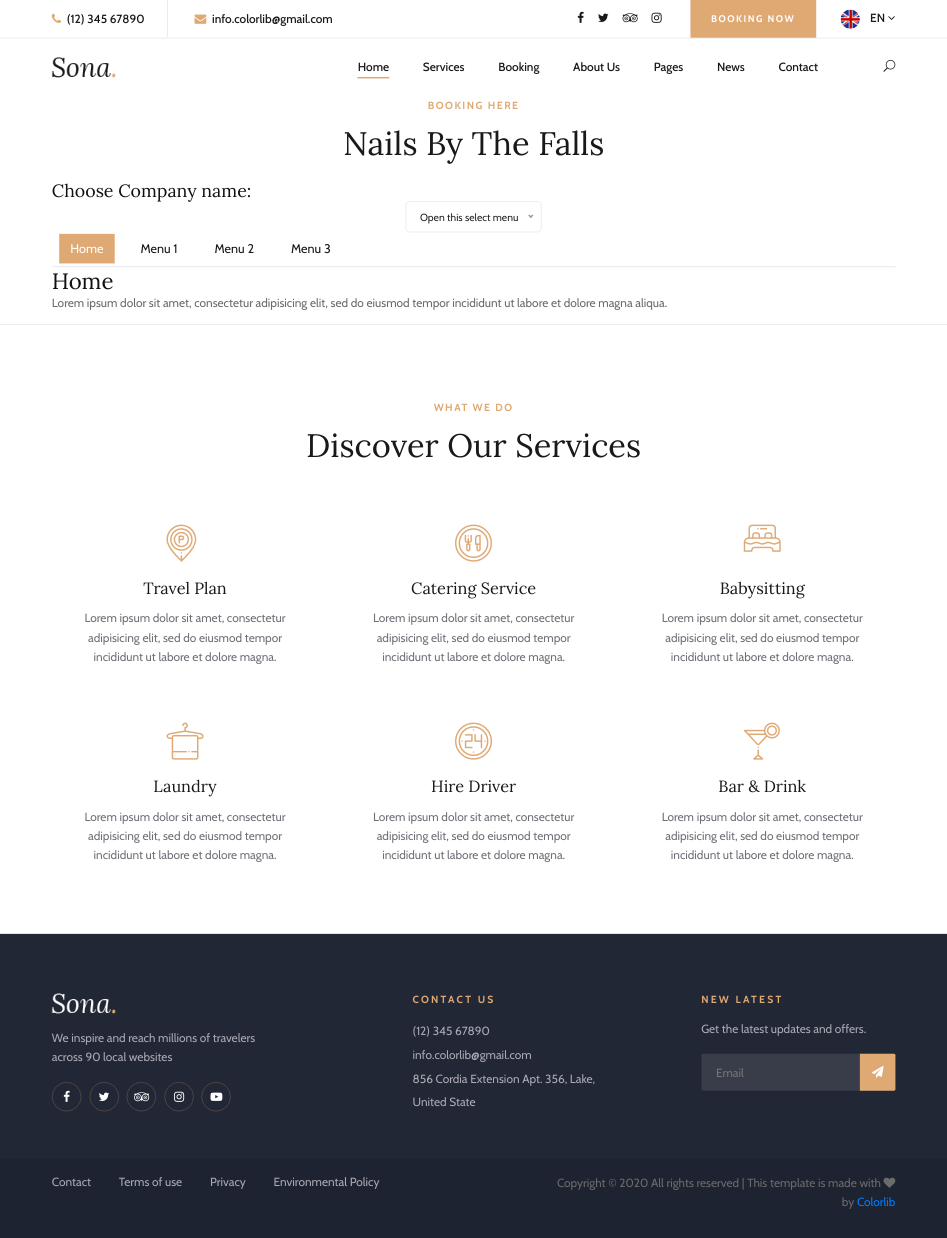
Repository: KeriBoss/Booking_Spa
Page: booking.html
An editor plug-in stored every save of this project. The page is shown before and after the next save, followed by the edit.
The browser window is 1280 px wide. The pictures show the whole page, at 74% of full size.

Above is the page before, as saved 2023-05-19 16:06:09.

### booking.html
<!DOCTYPE html>
<html lang="zxx">

<head>
    <meta charset="UTF-8" />
    <meta name="description" content="Sona Template" />
    <meta name="keywords" content="Sona, unica, creative, html" />
    <meta name="viewport" content="width=device-width, initial-scale=1.0" />
    <meta http-equiv="X-UA-Compatible" content="ie=edge" />
    <title>Nail | Template</title>

    <!-- Google Font -->
    <link href="https://fonts.googleapis.com/css?family=Lora:400,700&display=swap" rel="stylesheet" />
    <link href="https://fonts.googleapis.com/css?family=Cabin:400,500,600,700&display=swap" rel="stylesheet" />

    <!-- Css Styles -->
    <link rel="stylesheet" href="css/bootstrap.min.css" type="text/css" />
    <link rel="stylesheet" href="css/font-awesome.min.css" type="text/css" />
    <link rel="stylesheet" href="css/elegant-icons.css" type="text/css" />
    <link rel="stylesheet" href="css/flaticon.css" type="text/css" />
    <link rel="stylesheet" href="css/owl.carousel.min.css" type="text/css" />
    <link rel="stylesheet" href="css/nice-select.css" type="text/css" />
    <link rel="stylesheet" href="css/jquery-ui.min.css" type="text/css" />
    <link rel="stylesheet" href="css/magnific-popup.css" type="text/css" />
    <link rel="stylesheet" href="css/slicknav.min.css" type="text/css" />
    <link rel="stylesheet" href="css/style.css" type="text/css" />
</head>

<body>
    <!-- Page Preloder -->
    <div id="preloder">
        <div class="loader"></div>
    </div>

    <!-- Offcanvas Menu Section Begin -->
    <div class="offcanvas-menu-overlay"></div>
    <div class="canvas-open">
        <i class="icon_menu"></i>
    </div>
    <div class="offcanvas-menu-wrapper">
        <div class="canvas-close">
            <i class="icon_close"></i>
        </div>
        <div class="search-icon search-switch">
            <i class="icon_search"></i>
        </div>
        <div class="header-configure-area">
            <div class="language-option">
                <img src="img/flag.jpg" alt="" />
                <span>EN <i class="fa fa-angle-down"></i></span>
                <div class="flag-dropdown">
                    <ul>
                        <li><a href="#">Zi</a></li>
                        <li><a href="#">Fr</a></li>
                    </ul>
                </div>
            </div>
            <a href="#" class="bk-btn">Booking Now</a>
        </div>
        <nav class="mainmenu mobile-menu">
            <ul>
                <li class="active"><a href="./index.html">Home</a></li>
                <li><a href="./rooms.html">Rooms</a></li>
                <li><a href="./about-us.html">About Us</a></li>
                <li>
                    <a href="./pages.html">Pages</a>
                    <ul class="dropdown">
                        <li><a href="./room-details.html">Room Details</a></li>
                        <li><a href="#">Deluxe Room</a></li>
                        <li><a href="#">Family Room</a></li>
                        <li><a href="#">Premium Room</a></li>
                    </ul>
                </li>
                <li><a href="./blog.html">News</a></li>
                <li><a href="./contact.html">Contact</a></li>
            </ul>
        </nav>
        <div id="mobile-menu-wrap"></div>
        <div class="top-social">
            <a href="#"><i class="fa fa-facebook"></i></a>
            <a href="#"><i class="fa fa-twitter"></i></a>
            <a href="#"><i class="fa fa-tripadvisor"></i></a>
            <a href="#"><i class="fa fa-instagram"></i></a>
        </div>
        <ul class="top-widget">
            <li><i class="fa fa-phone"></i> (12) 345 67890</li>
            <li><i class="fa fa-envelope"></i> info.colorlib@gmail.com</li>
        </ul>
    </div>
    <!-- Offcanvas Menu Section End -->

    <!-- Header Section Begin -->
    <header class="header-section">
        <div class="top-nav">
            <div class="container">
                <div class="row">
                    <div class="col-lg-6">
                        <ul class="tn-left">
                            <li><i class="fa fa-phone"></i> (12) 345 67890</li>
                            <li><i class="fa fa-envelope"></i> info.colorlib@gmail.com</li>
                        </ul>
                    </div>
                    <div class="col-lg-6">
                        <div class="tn-right">
                            <div class="top-social">
                                <a href="#"><i class="fa fa-facebook"></i></a>
                                <a href="#"><i class="fa fa-twitter"></i></a>
                                <a href="#"><i class="fa fa-tripadvisor"></i></a>
                                <a href="#"><i class="fa fa-instagram"></i></a>
                            </div>
                            <a href="#" class="bk-btn">Booking Now</a>
                            <div class="language-option">
                                <img src="img/flag.jpg" alt="" />
                                <span>EN <i class="fa fa-angle-down"></i></span>
                                <div class="flag-dropdown">
                                    <ul>
                                        <li><a href="#">Zi</a></li>
                                        <li><a href="#">Fr</a></li>
                                    </ul>
                                </div>
                            </div>
                        </div>
                    </div>
                </div>
            </div>
        </div>
        <div class="menu-item">
            <div class="container">
                <div class="row">
                    <div class="col-lg-2">
                        <div class="logo">
                            <a href="./index.html">
                                <img src="img/logo.png" alt="" />
                            </a>
                        </div>
                    </div>
                    <div class="col-lg-10">
                        <div class="nav-menu">
                            <nav class="mainmenu">
                                <ul>
                                    <li class="active"><a href="./index.html">Home</a></li>
                                    <li><a href="./rooms.html">Services</a></li>
                                    <li><a href="./rooms.html">Booking</a></li>
                                    <li><a href="./about-us.html">About Us</a></li>
                                    <li>
                                        <a href="./pages.html">Pages</a>
                                        <ul class="dropdown">
                                            <li><a href="./room-details.html">Room Details</a></li>
                                            <li><a href="./blog-details.html">Blog Details</a></li>
                                            <li><a href="#">Family Room</a></li>
                                            <li><a href="#">Premium Room</a></li>
                                        </ul>
                                    </li>
                                    <li><a href="./blog.html">News</a></li>
                                    <li><a href="./contact.html">Contact</a></li>
                                </ul>
                            </nav>
                            <div class="nav-right search-switch">
                                <i class="icon_search"></i>
                            </div>
                        </div>
                    </div>
                </div>
            </div>
        </div>
    </header>
    <!-- Header End -->

    <!-- Booking start-->
    <section class="booking-nail">
        <div class="container">
            <div class="row">
                <div class="col-lg-12">
                    <div class="section-title">
                        <span>Booking here</span>
                        <h2>Nails By The Falls</h2>
                    </div>
                </div>
                <div class="col-lg-12">
                    <h4>Choose Company name: </h4>
                </div>
                <div class="col-lg-12">
                    <div class="d-flex justify-content-center align-items-center flex-wrap">
                        <select class="form-select" aria-label="Default select example">
                            <option selected>Open this select menu</option>
                            <option value="1">One</option>
                            <option value="2">Two</option>
                            <option value="3">Three</option>
                          </select>
                    </div>
                </div>
                <div class="col-lg-12">
                    <div class="card-booking">
                        <ul class="nav nav-tabs">
                            <li class="active"><a class="active" data-toggle="tab" href="#home">Home</a></li>
                            <li><a data-toggle="tab" href="#menu1">Menu 1</a></li>
                            <li><a data-toggle="tab" href="#menu2">Menu 2</a></li>
                            <li><a data-toggle="tab" href="#menu3">Menu 3</a></li>
                        </ul>

                        <div class="tab-content">
                            <div id="home" class="tab-pane fade show active">
                                <h3>Home</h3>
                                <p>Lorem ipsum dolor sit amet, consectetur adipisicing elit, sed do eiusmod tempor
                                    incididunt ut labore et dolore magna aliqua.</p>
                            </div>

                            <div id="menu1" class="tab-pane fade">
                                <h3>Menu 1</h3>
                                <p>Lorem ipsum dolor sit amet, consectetur adipisicing elit, sed do eiusmod tempor
                                    incididunt ut labore et dolore magna aliqua.</p>
                            </div>

                            <div id="menu2" class="tab-pane fade">
                                <h3>Menu 2</h3>
                                <p>Lorem ipsum dolor sit amet, consectetur adipisicing elit, sed do eiusmod tempor
                                    incididunt ut labore et dolore magna aliqua.</p>
                            </div>

                            <div id="menu3" class="tab-pane fade">
                                <h3>Menu 3</h3>
                                <p>Lorem ipsum dolor sit amet, consectetur adipisicing elit, sed do eiusmod tempor
                                    incididunt ut labore et dolore magna aliqua.</p>
                            </div>

                        </div>

                    </div>
                </div>
            </div>
        </div>
    </section>
    <!-- Booking end-->

    <!-- Services Section End -->
    <section class="services-section spad">
        <div class="container">
            <div class="row">
                <div class="col-lg-12">
                    <div class="section-title">
                        <span>What We Do</span>
                        <h2>Discover Our Services</h2>
                    </div>
                </div>
            </div>
            <div class="row">
                <div class="col-lg-4 col-sm-6">
                    <div class="service-item">
                        <i class="flaticon-036-parking"></i>
                        <h4>Travel Plan</h4>
                        <p>
                            Lorem ipsum dolor sit amet, consectetur adipisicing elit, sed do
                            eiusmod tempor incididunt ut labore et dolore magna.
                        </p>
                    </div>
                </div>
                <div class="col-lg-4 col-sm-6">
                    <div class="service-item">
                        <i class="flaticon-033-dinner"></i>
                        <h4>Catering Service</h4>
                        <p>
                            Lorem ipsum dolor sit amet, consectetur adipisicing elit, sed do
                            eiusmod tempor incididunt ut labore et dolore magna.
                        </p>
                    </div>
                </div>
                <div class="col-lg-4 col-sm-6">
                    <div class="service-item">
                        <i class="flaticon-026-bed"></i>
                        <h4>Babysitting</h4>
                        <p>
                            Lorem ipsum dolor sit amet, consectetur adipisicing elit, sed do
                            eiusmod tempor incididunt ut labore et dolore magna.
                        </p>
                    </div>
                </div>
                <div class="col-lg-4 col-sm-6">
                    <div class="service-item">
                        <i class="flaticon-024-towel"></i>
                        <h4>Laundry</h4>
                        <p>
                            Lorem ipsum dolor sit amet, consectetur adipisicing elit, sed do
                            eiusmod tempor incididunt ut labore et dolore magna.
                        </p>
                    </div>
                </div>
                <div class="col-lg-4 col-sm-6">
                    <div class="service-item">
                        <i class="flaticon-044-clock-1"></i>
                        <h4>Hire Driver</h4>
                        <p>
                            Lorem ipsum dolor sit amet, consectetur adipisicing elit, sed do
                            eiusmod tempor incididunt ut labore et dolore magna.
                        </p>
                    </div>
                </div>
                <div class="col-lg-4 col-sm-6">
                    <div class="service-item">
                        <i class="flaticon-012-cocktail"></i>
                        <h4>Bar & Drink</h4>
                        <p>
                            Lorem ipsum dolor sit amet, consectetur adipisicing elit, sed do
                            eiusmod tempor incididunt ut labore et dolore magna.
                        </p>
                    </div>
                </div>
            </div>
        </div>
    </section>
    <!-- Services Section End -->

    <!-- Footer Section Begin -->
    <footer class="footer-section">
        <div class="container">
            <div class="footer-text">
                <div class="row">
                    <div class="col-lg-4">
                        <div class="ft-about">
                            <div class="logo">
                                <a href="#">
                                    <img src="img/footer-logo.png" alt="" />
                                </a>
                            </div>
                            <p>
                                We inspire and reach millions of travelers<br />
                                across 90 local websites
                            </p>
                            <div class="fa-social">
                                <a href="#"><i class="fa fa-facebook"></i></a>
                                <a href="#"><i class="fa fa-twitter"></i></a>
                                <a href="#"><i class="fa fa-tripadvisor"></i></a>
                                <a href="#"><i class="fa fa-instagram"></i></a>
                                <a href="#"><i class="fa fa-youtube-play"></i></a>
                            </div>
                        </div>
                    </div>
                    <div class="col-lg-3 offset-lg-1">
                        <div class="ft-contact">
                            <h6>Contact Us</h6>
                            <ul>
                                <li>(12) 345 67890</li>
                                <li>info.colorlib@gmail.com</li>
                                <li>856 Cordia Extension Apt. 356, Lake, United State</li>
                            </ul>
                        </div>
                    </div>
                    <div class="col-lg-3 offset-lg-1">
                        <div class="ft-newslatter">
                            <h6>New latest</h6>
                            <p>Get the latest updates and offers.</p>
                            <form action="#" class="fn-form">
                                <input type="text" placeholder="Email" />
                                <button type="submit"><i class="fa fa-send"></i></button>
                            </form>
                        </div>
                    </div>
                </div>
            </div>
        </div>
        <div class="copyright-option">
            <div class="container">
                <div class="row">
                    <div class="col-lg-7">
                        <ul>
                            <li><a href="#">Contact</a></li>
                            <li><a href="#">Terms of use</a></li>
                            <li><a href="#">Privacy</a></li>
                            <li><a href="#">Environmental Policy</a></li>
                        </ul>
                    </div>
                    <div class="col-lg-5">
                        <div class="co-text">
                            <p>
                                <!-- Link back to Colorlib can't be removed. Template is licensed under CC BY 3.0. -->
                                Copyright &copy;
                                <script>
                                    document.write(new Date().getFullYear());
                                </script>
                                All rights reserved | This template is made with
                                <i class="fa fa-heart" aria-hidden="true"></i> by
                                <a href="https://colorlib.com" target="_blank">Colorlib</a>
                                <!-- Link back to Colorlib can't be removed. Template is licensed under CC BY 3.0. -->
                            </p>
                        </div>
                    </div>
                </div>
            </div>
        </div>
    </footer>
    <!-- Footer Section End -->

    <!-- Search model Begin -->
    <div class="search-model">
        <div class="h-100 d-flex align-items-center justify-content-center">
            <div class="search-close-switch"><i class="icon_close"></i></div>
            <form class="search-model-form">
                <input type="text" id="search-input" placeholder="Search here....." />
            </form>
        </div>
    </div>
    <!-- Search model end -->

    <!-- Js Plugins -->
    <script src="js/jquery-3.3.1.min.js"></script>
    <script src="js/bootstrap.min.js"></script>
    <script src="js/jquery.magnific-popup.min.js"></script>
    <script src="js/jquery.nice-select.min.js"></script>
    <script src="js/jquery-ui.min.js"></script>
    <script src="js/jquery.slicknav.js"></script>
    <script src="js/owl.carousel.min.js"></script>
    <script src="js/main.js"></script>
</body>

</html>

Loaded but not shown: css/bootstrap.min.css (library); css/font-awesome.min.css (library); css/flaticon.css (common file); css/owl.carousel.min.css (library); css/nice-select.css (common file); css/jquery-ui.min.css (library); css/magnific-popup.css (library); css/slicknav.min.css (common file); js/jquery-3.3.1.min.js (library); js/bootstrap.min.js (library); js/jquery.magnific-popup.min.js (library); js/jquery.nice-select.min.js (common file); js/jquery-ui.min.js (library); js/jquery.slicknav.js (library); js/owl.carousel.min.js (library); js/main.js (109 lines, source omitted); css/style.css (2354 lines, source omitted); css/elegant-icons.css (1157 lines, source omitted)

After the next save:
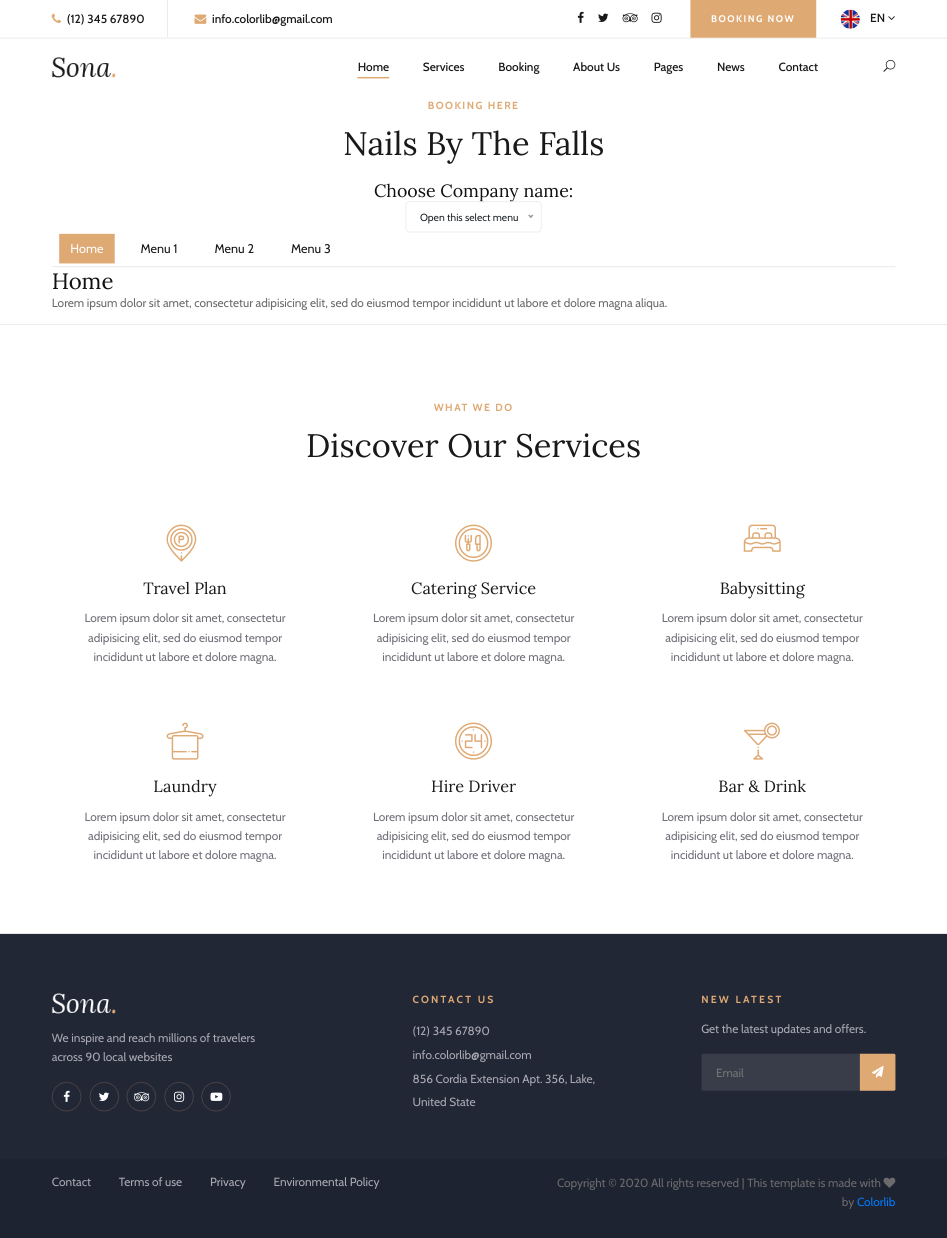
Saved 13 s later.
--- a/booking.html
+++ b/booking.html
@@ -176,7 +176,7 @@
                         <h2>Nails By The Falls</h2>
                     </div>
                 </div>
-                <div class="col-lg-12">
+                <div class="col-lg-12 text-center">
                     <h4>Choose Company name: </h4>
                 </div>
                 <div class="col-lg-12">
